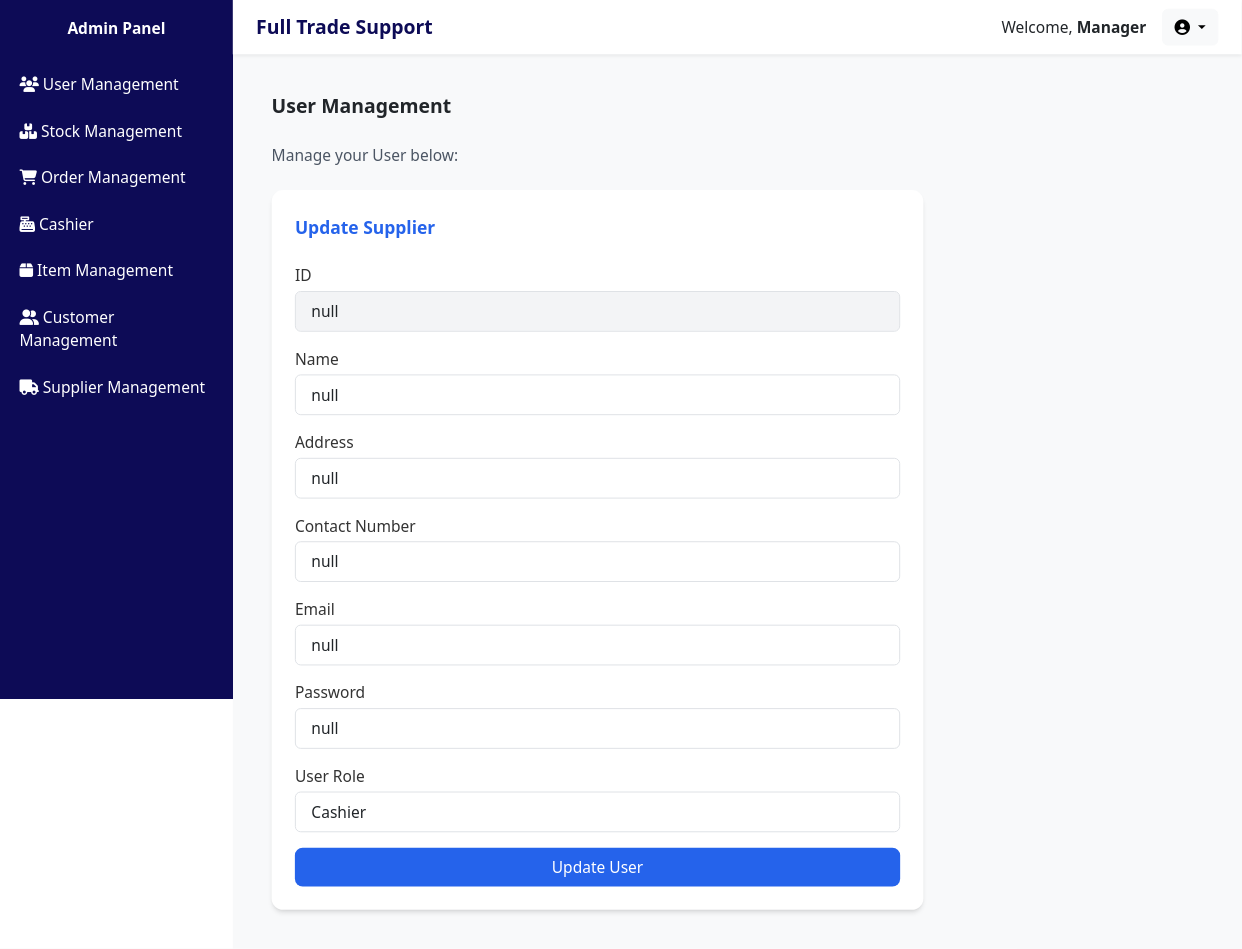
Repository: LakviduUpasara/onlineSparePartsManagementSystem
Page: http://localhost/Spare_parts_Management_Systems/Admin/update.jsp
The author's editor kept a copy of each file at every save. The page is drawn from the files as they stood at one save, then again after the next save.
The browser window is 1280 px wide. The pictures show the whole page, at 97% of full size.
Some web libraries are served in a nearby version. The page is served by Tomcat 9. Other server files are loaded and not shown.

Above is the page before, as saved 2025-05-13 22:52:53.

### Project/Project/Spare_parts_Management_Systems/src/main/webapp/Admin/update.jsp
<%@ page language="java" contentType="text/html; charset=UTF-8" pageEncoding="UTF-8"%>
<%@ page import="java.util.*, com.spareparts.model.Supplier" %>

<!DOCTYPE html>
<html lang="en">
<head>
  <meta charset="UTF-8">
  <title>Admin Dashboard - Full Trade Support</title>

  <!-- Bootstrap -->
  <link href="https://cdn.jsdelivr.net/npm/bootstrap@5.3.0/dist/css/bootstrap.min.css" rel="stylesheet">

  <!-- Tailwind CSS -->
  <script src="https://cdn.tailwindcss.com"></script>

  <!-- Font Awesome -->
  <link rel="stylesheet" href="https://cdnjs.cloudflare.com/ajax/libs/font-awesome/6.4.0/css/all.min.css">

  <style>
    <style>
  body {
    margin: 0;
    font-family: 'Segoe UI', Tahoma, Geneva, Verdana, sans-serif;
    background-color: #f8f9fa;
  }

  .sidebar {
    height: 100vh;
    background-color: #0d0b56; /* Primary theme color */
    color: white;
    position: fixed;
    width: 240px;
    padding-top: 20px;
  }

  .sidebar h4 {
    font-weight: bold;
    margin-bottom: 30px;
  }

  .sidebar a {
    color: white;
    text-decoration: none;
    display: block;
    padding: 12px 20px;
    font-size: 16px;
    transition: background 0.3s ease;
  }

  .sidebar a:hover {
    background-color: #111a72;
    border-left: 4px solid #ffffff;
    padding-left: 16px;
  }

  .main-content {
    margin-left: 240px;
    background-color: #f8f9fa;
  }

  .dashboard-content {
    padding: 40px;
  }

  .navbar {
    background-color: white;
    box-shadow: 0 2px 4px rgba(0,0,0,0.05);
  }

  .navbar-brand {
    font-weight: bold;
    color: #0d0b56 !important;
  }

  .btn-primary {
    background-color: #0d0b56;
    border: none;
  }

  .btn-primary:hover {
    background-color: #111a72;
  }

  .form-label {
    font-weight: 600;
    color: #333;
  }

  input.form-control,
  select.form-control,
  textarea.form-control {
    border: 1px solid #ccc;
    transition: border-color 0.2s ease;
  }

  input.form-control:focus,
  select.form-control:focus,
  textarea.form-control:focus {
    border-color: #0d0b56;
    box-shadow: 0 0 0 0.2rem rgba(13, 11, 86, 0.25);
  }

  .bg-white {
    background-color: white;
  }

  .rounded-xl {
    border-radius: 1rem;
  }

  .shadow-md {
    box-shadow: 0 4px 6px rgba(0,0,0,0.1);
  }

  .text-blue-600 {
    color: #0d0b56;
  }
</style>

  </style>
</head>

<body>
  <!-- Sidebar -->
<div class="sidebar">
    <h4 class="text-center mb-4">Admin  Panel</h4>
    <a href="GetAllServlet"><i class="fas fa-users"></i> User Management</a>
    <a href="#"><i class="fas fa-boxes"></i> Stock Management</a>
    <a href="#"><i class="fas fa-shopping-cart"></i> Order Management</a>
    <a href="#"><i class="fas fa-cash-register"></i> Cashier</a>
    <a href="#"><i class="fas fa-box"></i> Item Management</a>
    <a href="#"><i class="fas fa-user-friends"></i> Customer Management</a>
    <a href="supplier-list"><i class="fas fa-truck"></i> Supplier Management</a>
  </div>


  <!-- Main Content -->
  <div class="main-content">
    <nav class="navbar navbar-expand-lg navbar-light px-4 bg-white shadow-sm">
      <a class="navbar-brand" href="#">Full Trade Support</a>
      <div class="ms-auto d-flex align-items-center">
        <span class="me-3">Welcome, <strong>Manager</strong></span>
        <div class="dropdown">
          <a class="btn btn-light dropdown-toggle" href="#" id="userDropdown" data-bs-toggle="dropdown">
            <i class="fas fa-user-circle"></i>
          </a>
          <ul class="dropdown-menu dropdown-menu-end" aria-labelledby="userDropdown">
            <li><a class="dropdown-item" href="#">Profile</a></li>
            <li><a class="dropdown-item" href="#">Settings</a></li>
            <li><hr class="dropdown-divider"></li>
            <li><a class="dropdown-item text-danger" href="#">Logout</a></li>
          </ul>
        </div>
      </div>
    </nav>

    <div class="dashboard-content">
      <h2 class="text-xl font-bold mb-4">User Management</h2>
      <p class="mb-4 text-gray-600">Manage your User below:</p>

      <%
        String id = request.getParameter("id");
        String name = request.getParameter("name");
        String address = request.getParameter("address");
        String contactnumber = request.getParameter("contactnumber");
        String email = request.getParameter("email");
        String password = request.getParameter("password");
        String userRole = request.getParameter("userRole");
      %>

      <div class="bg-white rounded-xl shadow-md p-6 max-w-2xl">
        <h4 class="text-lg font-semibold mb-4 text-blue-600">Update Supplier</h4>


        <form action="${pageContext.request.contextPath}/UpdateServlet" method="post"class="space-y-4">
          <div>
            <label class="form-label block mb-1 font-medium">ID</label>
            <input type="text" name="id" value="<%= id %>" readonly
              class="form-control bg-gray-100 border border-gray-300 rounded px-3 py-2 w-full" />
          </div>

          <div>
            <label class="form-label block mb-1 font-medium">Name</label>
            <input type="text" name="name" value="<%= name %>" required
              class="form-control border border-gray-300 rounded px-3 py-2 w-full" />
          </div>

          <div>
            <label class="form-label block mb-1 font-medium">Address</label>
            <input type="text" name="address" value="<%= address %>" required
              class="form-control border border-gray-300 rounded px-3 py-2 w-full" />
          </div>

          <div>
            <label class="form-label block mb-1 font-medium">Contact Number</label>
            <input type="text" name="contactnumber" value="<%= contactnumber %>" required
              class="form-control border border-gray-300 rounded px-3 py-2 w-full" />
          </div>

          <div>
            <label class="form-label block mb-1 font-medium">Email</label>
            <input type="email" name="email" value="<%= email %>" required
              class="form-control border border-gray-300 rounded px-3 py-2 w-full" />
          </div>

          <div>
            <label class="form-label block mb-1 font-medium">Password</label>
            <input type="text" name="password" value="<%= password %>" required
              class="form-control border border-gray-300 rounded px-3 py-2 w-full" />
          </div>

      <div>
		  <label class="form-label block mb-1 font-medium">User Role</label>
		  <select name="userRole" class="form-control border border-gray-300 rounded px-3 py-2 w-full" required>
		    <option value="Cashier" <%= "Cashier".equals(userRole) ? "selected" : "" %> >Cashier</option>
		    <option value="Stock Manager" <%= "Stock Manager".equals(userRole) ? "selected" : "" %>>Stock Manager</option>
		    <option value="Admin" <%= "Admin".equals(userRole) ? "selected" : "" %>>Admin</option>
		    <option value="Manager" <%= "Manager".equals(userRole) ? "selected" : "" %>>Manager</option>
		  </select>
		</div>

          <div>
            <button type="submit"
              class="btn btn-primary w-full bg-blue-600 hover:bg-blue-700 text-white py-2 px-4 rounded-lg transition">
              Update User
            </button>
          </div>
        </form>
      </div>
    </div>
  </div>

  <!-- Bootstrap JS -->
  <script src="https://cdn.jsdelivr.net/npm/bootstrap@5.3.0/dist/js/bootstrap.bundle.min.js"></script>
</body>
</html>

After the next save:
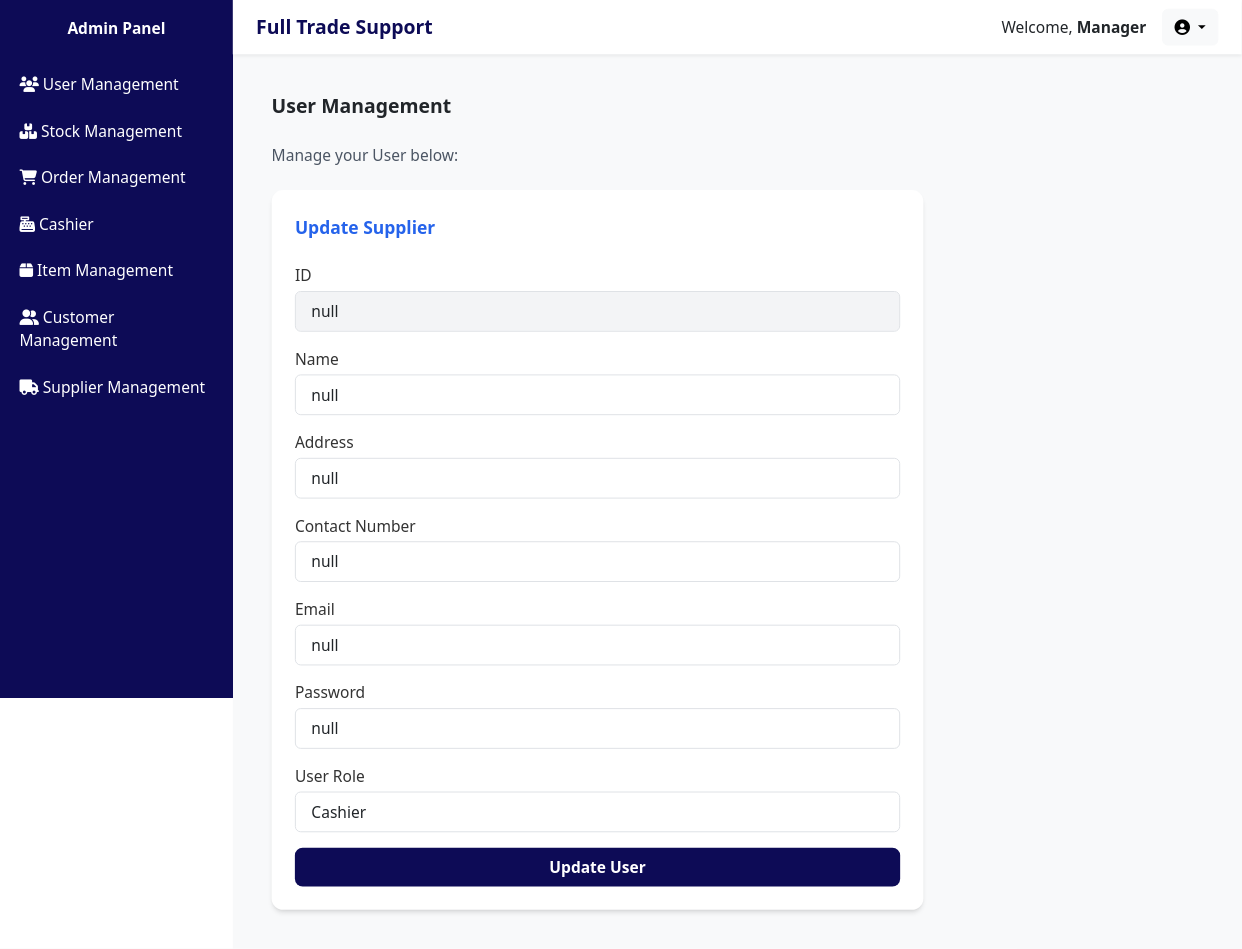
Saved 81 s later.
--- a/Project/Project/Spare_parts_Management_Systems/src/main/webapp/Admin/update.jsp
+++ b/Project/Project/Spare_parts_Management_Systems/src/main/webapp/Admin/update.jsp
@@ -115,6 +115,22 @@
   .text-blue-600 {
     color: #0d0b56;
   }
+
+  .btn-primary {
+  background-color: #0d0b56 !important;
+  border: none;
+  color: white;
+  font-weight: 600;
+  transition: background-color 0.3s ease;
+}
+
+.btn-primary:hover,
+.btn-primary:focus {
+  background-color: #111a72 !important;
+  color: white;
+  box-shadow: 0 0 0 0.2rem rgba(13, 11, 86, 0.25);
+}
+
 </style>
 
   </style>
@@ -220,10 +236,10 @@
 		</div>
 
           <div>
-            <button type="submit"
-              class="btn btn-primary w-full bg-blue-600 hover:bg-blue-700 text-white py-2 px-4 rounded-lg transition">
-              Update User
-            </button>
+           <button type="submit" class="btn btn-primary w-full rounded-lg py-2 px-4">
+  			Update User
+		</button>
+
           </div>
         </form>
       </div>
